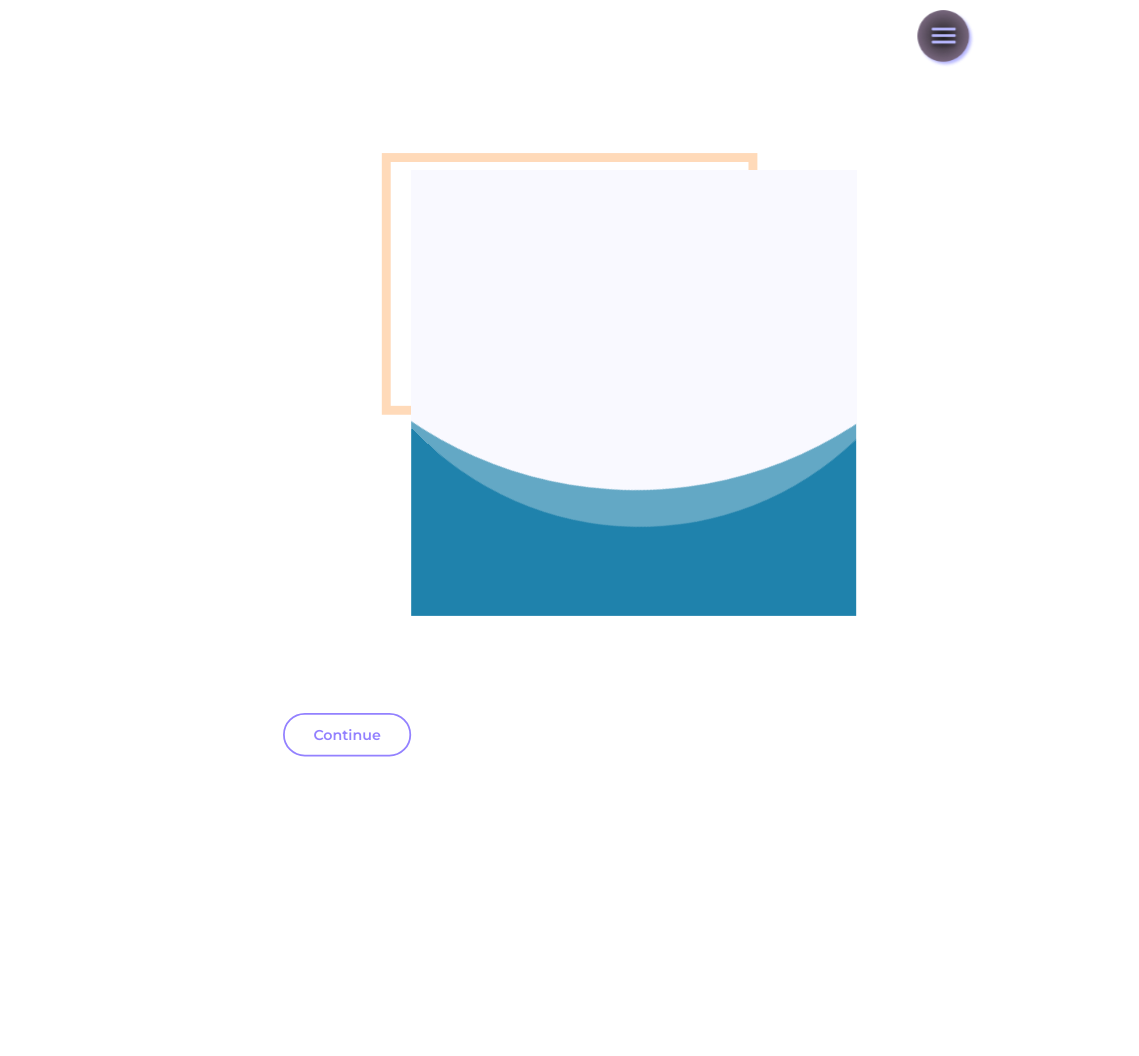
Repository: olivia-sk/MDIA-2109-2106-Big-Project
Page: /disclaimer11/disclaimer
The author's editor kept a copy of each file at every save. The page is drawn from the files as they stood at one save, then again after the next save.
The browser window is 1280 px wide. The pictures show the whole page, at 89% of full size.
The project was rebuilt for these pictures with package versions that can differ from the ones it lists, and the page was loaded fresh each time. The framework's server and built-in components were replaced by stand-ins that run in the browser. Also part of the build but not shown: next.config.js, styles/globals.css, components/PieChart/PieChart.module.css, components/PieChart/index.js, components/Button/Button.module.css, components/Button/index.js.

Above is the page before, as saved 2023-04-15 21:13:59.

### pages/disclaimer11/disclaimer.js
import Head from "next/head";
import Image from "next/image";
import styles from "@/styles/Disclaimer.module.css";
import Pie from "@/components/PieChart";
import Link from "next/link";
import Navigation from "@/components/Menu";
import Button from "@/components/Button";
import WaterWave from "@/components/WaterWave";

export default function Home() {
  return (
    <>
      <Head>
        <title>New Habits Web App</title>
        <meta
          name="description"
          content="To identify and help those who suffer from Substance Misuse"
        />
        <meta name="viewport" content="width=device-width, initial-scale=1" />
        <link rel="icon" href="/favicon.ico" />
      </Head>
      <main className={styles.parent}>
          <div class={styles.div3}>
          <h1 className={styles.title}>New Habits</h1>
          </div>
          <Navigation/>
          <div className={styles.div1}>
            <h2>Disclaimer</h2>
            <p>New Habits Web App is not associated with medical professionals, do not take this as a professional diagnosis.
If you are concerned regarding your own or a loved ones substance misuse, please seek professional help.
We offer resources for you to consult a professional.</p>
          </div>
          <div class={styles.div2}>
            <div className={styles.button}>
              <Link href="/get_started5/get_started" className={styles.link}>Continue</Link>
            </div>
            <div className={styles.wave}>
            <WaterWave className={styles.wave_container}/>
            </div>

          </div>
      </main>
    </>
  );
}

### styles/Disclaimer.module.css

.parent {
    display: grid;
    grid-template-columns: repeat(3, 1fr);
    grid-column-gap: 0px;
    grid-row-gap: 0px;
    height: 100vh;
  }

  .div3 {
    grid-area:  1 / 2 / 2 / 3;
    height: 5rem;
    padding: 10%;
    width: 18rem;
  }
  .title {
    display: flex;
    align-items: center;
    justify-content: center;
    font-family: var(--font-title);
    font-size: var(--title-size);
    /** This is the line that makes the text gradient */
    background-image: var(--radial-text);
    -webkit-background-clip: text;
    background-clip: text;
    color: transparent;
    /**/
    font-weight: 500;
    text-align: center;

  }
  .div1 {
    grid-area: 2 / 2 / 3 / 3;
    height: fit-content;
    justify-content: center;
    border: solid 10px rgba(255, 218, 185, 1);
  }
  .div1 h2 {
    display: flex;
    align-items: center;
    justify-content: center;
    font-family: var(--font-text);
    font-size: var(--subtitle-size);
    /** This is the line that makes the text gradient */
    background-image: var(--radial-text);
    -webkit-background-clip: text;
    background-clip: text;
    color: transparent;
    /**/
    text-align: center;
    font-weight: 400;
    padding: 5%;

  }
  .div1 p {
    display: flex;
    align-items: center;
    justify-content: center;
    font-family: var(--font-text);
    font-size: 18px;
    background-image: var(--radial-text);
    -webkit-background-clip: text;
    background-clip: text;
    color: transparent;
    text-align: center;
    font-weight: 400;
    padding: 5%;
  }
  .div2 {
    grid-area: 3 / 1 / 4 / 4;
    display: flex;
    justify-content: center;
    align-items: center;
  }
  .wave {
    display: flex;
    justify-content: baseline;
    align-items: center;
  }
  .wave_container {
    grid-area: 3 / 1 / 4 / 4;
    display: flex;
    justify-content: baseline;
    align-items: center;
    width: 100%;
    height: 100%;
    padding-bottom: 0%;
  }

  /*Button*/
  .button {
    display: flex;
    color: rgb(147, 129, 255);
    background: transparent;
    border: solid 2px rgb(147, 129, 255);
    width: 140px;
    height: 45px;
    border-radius: 100px;
    justify-content: center;
    align-items: center;
    font-weight: 600;
    font-family: 'Montserrat', sans-serif;
  }

  .link {
    text-decoration: none;
    color: rgb(147, 129, 255);
    display: flex;
  }

  .link:hover {
    color: white;

  }

  .button:hover {
    border: white;
    color: white;
    background-color: rgb(147, 129, 255);
    cursor: pointer;
  }

  .button:hover .link {
    color: white; /* This line makes the link text turn white when hovering the button */
  }

### components/Menu/index.js
import React, { useRef } from 'react'
import styles from './Menu.module.css'
import Image from 'next/image'
import Link from 'next/link'

export default function Navigation() {
  const hamburgerRef = useRef();
  const navigationRef = useRef();

  const handleClickOutside = (event) => {
    const isClickInside =
      navigationRef.current.contains(event.target) ||
      hamburgerRef.current.contains(event.target);
    if (!isClickInside) {
      navigationRef.current.classList.remove(styles.active);
      hamburgerRef.current.classList.remove(styles.hidden);
    }
  };

  const handleHamburgerClick = () => {
    navigationRef.current.classList.add(styles.active);
    hamburgerRef.current.classList.add(styles.hidden);
  };

  React.useEffect(() => {
    document.addEventListener("click", handleClickOutside);

    return () => {
      document.removeEventListener("click", handleClickOutside);
    };
  }, []);

  return (
    <>
      <div className={styles.navigation} ref={navigationRef}>
        <button
          className={`${styles.hamburger} ${styles.bar}`}
          onClick={handleHamburgerClick}
          ref={hamburgerRef}
        >
          <Image src="/Menu/burger.png" width={65} height={65} alt='burger menu'/>
        </button>
        <nav>
          <h1 className={styles.menutitle}>Menu</h1>
          <ul>
            <li>
              <Link href="/">Home</Link>
            </li>
            <li>
              <Link href="/get_started5/get_started">Quiz</Link>
            </li>
            <li>
              <Link href="/disclaimer11/disclaimer">Disclaimer</Link>
            </li>
            <li>
              <Link href="/resources13/resources">Resources</Link>
            </li>
          </ul>
        </nav>
      </div>
    </>
  );
}

### components/WaterWave/index.js
import styles from './Wave.module.css'

export default function WaterWave() {
  return (
    <>
        <div className={styles.container}>
            <div className={styles.water_wave}></div>
        </div>
    </>
  )
}

### components/Menu/Menu.module.css
@import url('https://fonts.googleapis.com/css2?family=Montserrat:wght@400;500;600;700&display=swap');

.navigation {
  position: fixed;
  top: 0;
  right: -500px;
  width: 280px;
  height: 100%;
  background-image: url("/Menu/background.png");
  background-size: cover;
  transition: 0.5s;
  border-radius: 27px 0 0 27px;
  z-index: 3;
}

.menutitle {
  font-family: 'Montserrat', sans-serif;
  font-style: normal;
  font-weight: 400;
  font-size: 24px;
  display: flex;
  align-items: left;
  color: rgba(255, 255, 255, 0.50);
  margin: 1.5rem;
}

.navigation ul li {
  display: flex;
  color: rgba(255, 255, 255, 0.5);
  line-height: 20px;
  text-align: left;
  font-weight: 500;
  list-style-type: none;
  font-size: 14px;
  padding: 20px 30px;
  border-bottom: 0px 64px 64px -32px rgba(41, 15, 0, 100);
  transition: all 0.3s ease;
}

.navigation ul li:hover {
  padding: 16px 20px;
  background-image: url("/Menu/hover.png");
  background-size: cover;
  border-radius: 12px;
  cursor: pointer;
}

.hamburger,
.bar {
  position: fixed;
}

.hamburger {
  display: flex;
  top: 6%;
  left: 80%;
  transform: translateY(-50%);
  border: 0;
  background: 0 0;
  margin-right: 10rem;
  z-index: 3;

}

.hamburger.hidden {
  display: none;
}

.navigation.active {
  right: 0;
  z-index: 3;
}

@media only screen and (max-width: 375px) and (max-height: 667px) {
.hamburger {
  top: 7%;
}

}

### components/WaterWave/Wave.module.css
.container {
    display: flex;
    align-items: center;
    justify-content: baseline;
    min-height: 100vh;
}

.water_wave{
    width: 500px;
    height: 500px;
    background:#1f82ac;
    box-shadow: insert 0 0 20px 0 rgba(0,0,0,0.8);
    position: relative;
    overflow: hidden;
    bottom: 24rem;
}

.water_wave:after,
.water_wave:before {
    content: "";
    position: absolute;
    width: 200%;
    height: 200%;
    top: -50%;
    left: 50%;
    background:#f9f9ff;
}

.water_wave:after{
    border-radius:45%;
    animation: water_wave 5s linear infinite;
}

.water_wave:before{
    border-radius: 35%;
    background: rgba(255,255,255,0.3);
    animation: water_wave 5s linear infinite;
}
@keyframes water_wave{
    0%{
        transform: translate(-50%,-50%) rotate(0deg);
        top: -30%;
    }
    50%{
        transform: translate(-50%,-50%) rotate(180deg);
        top: -40%;
    }
    100%{
        transform: translate(-50%,-50%) rotate(360deg);
        top: -30%;
    }




}

Loaded but not shown: pages/_app.js (common file); pages/_document.js (common file)

After the next save:
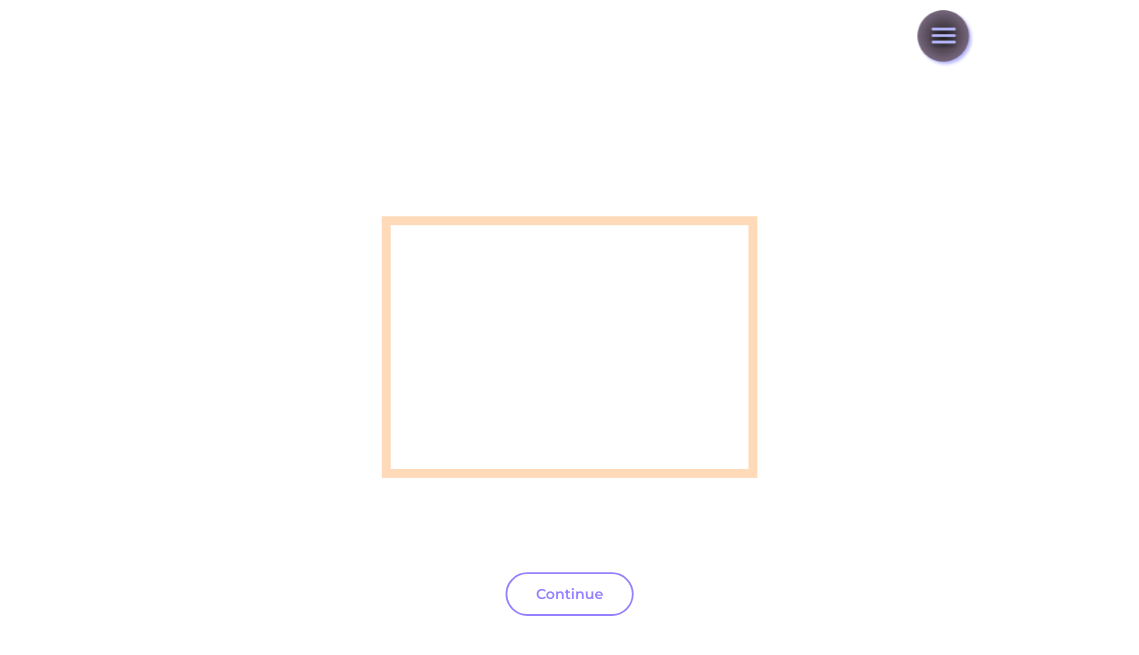
Saved 12 s later.
--- a/pages/disclaimer11/disclaimer.js
+++ b/pages/disclaimer11/disclaimer.js
@@ -35,7 +35,7 @@
               <Link href="/get_started5/get_started" className={styles.link}>Continue</Link>
             </div>
             <div className={styles.wave}>
-            <WaterWave className={styles.wave_container}/>
+
             </div>
 
           </div>

After the save that followed:
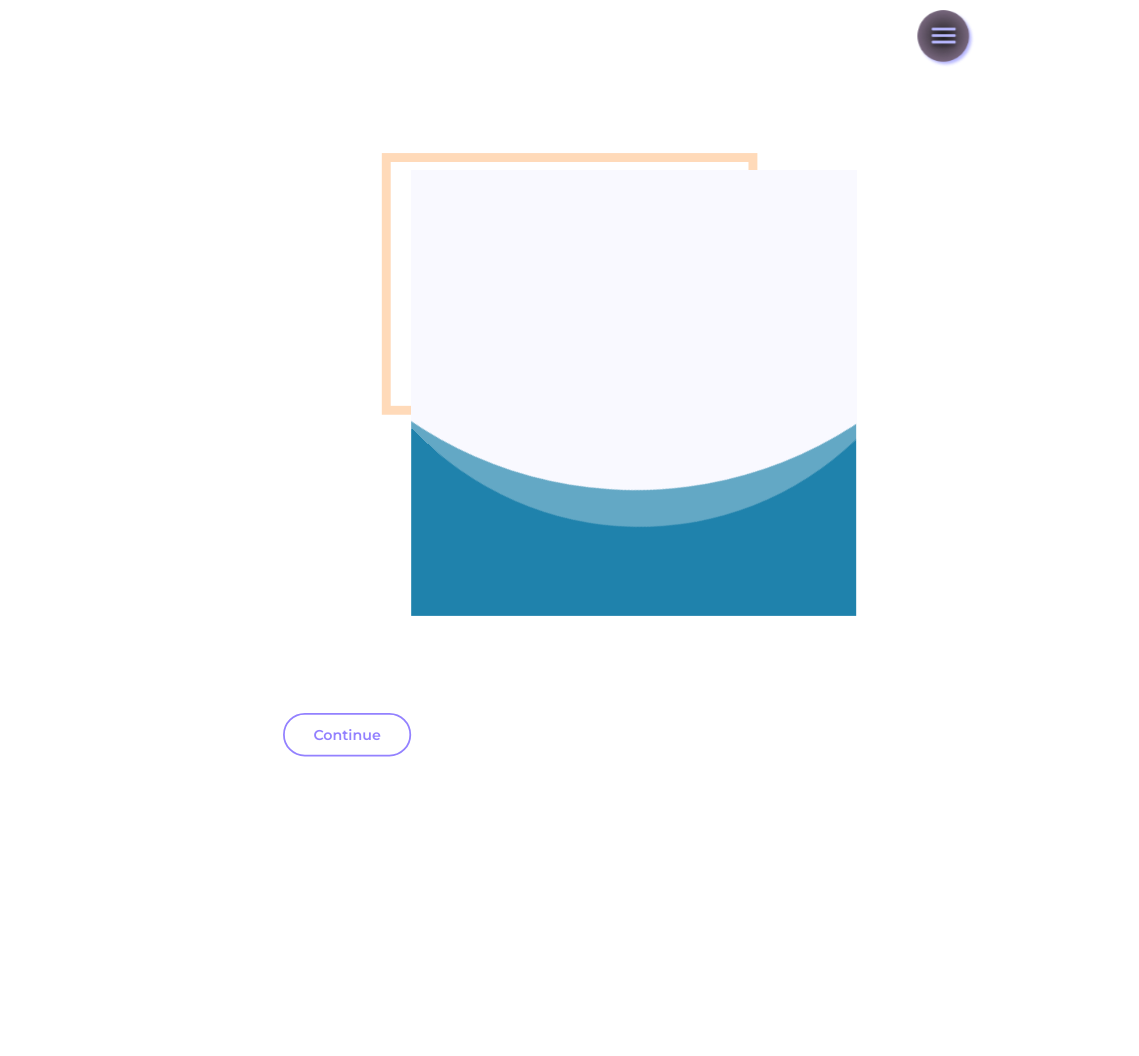
Saved 8 s later.
--- a/pages/disclaimer11/disclaimer.js
+++ b/pages/disclaimer11/disclaimer.js
@@ -35,7 +35,7 @@
               <Link href="/get_started5/get_started" className={styles.link}>Continue</Link>
             </div>
             <div className={styles.wave}>
-
+            <WaterWave className={styles.wave_container}/>
             </div>
 
           </div>
